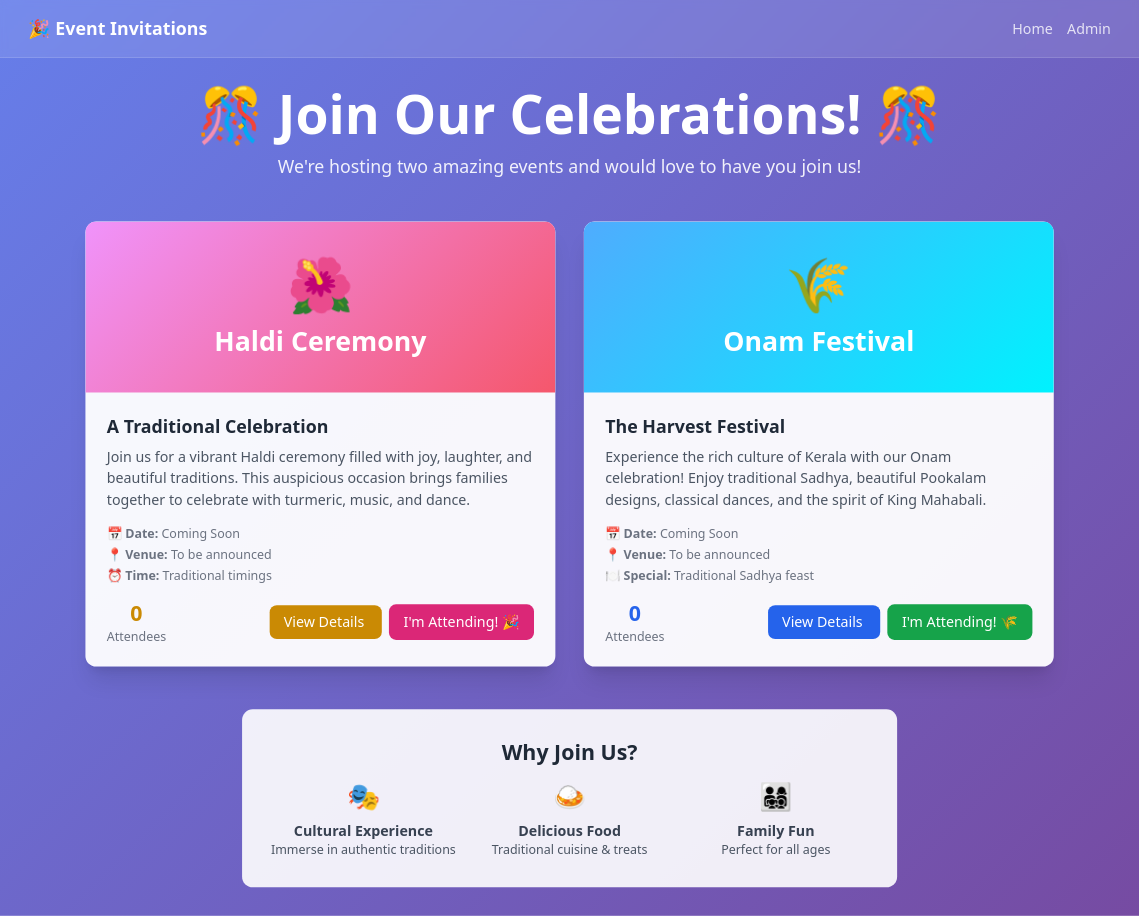
Repository: nanduldas/invitation
Page: http://localhost/
These files come from the project's save history. The page is drawn as it stood at one moment and after the next save; the edit follows.
The browser window is 1280 px wide. The pictures show the whole page, at 89% of full size.
Some web libraries are served in a nearby version. The page is served by the project's Laravel application, run on PHP 8.4 with Laravel 12. Other server files are loaded and not shown. Queries for data that is not in the repository find no rows.

Above is the page before, as saved 2025-08-22 23:27:22.

### routes/web.php
<?php

use Illuminate\Support\Facades\Route;
use App\Http\Controllers\EventController;

Route::get('/', [EventController::class, 'index'])->name('home');
Route::get('/event/{event}', [EventController::class, 'show'])->name('event.show');
Route::post('/register', [EventController::class, 'register'])->name('register');
Route::get('/admin/attendees', [EventController::class, 'admin'])->name('admin.attendees');

### app/Http/Controllers/EventController.php
<?php

namespace App\Http\Controllers;

use Illuminate\Http\Request;
use App\Models\Attendee;
use Illuminate\Support\Facades\Validator;

class EventController extends Controller
{
    public function index()
    {
        $haldiCount = Attendee::forEvent('haldi')->count();
        $onamCount = Attendee::forEvent('onam')->count();

        return view('events.index', compact('haldiCount', 'onamCount'));
    }

    public function show($event)
    {
        if (!in_array($event, ['haldi', 'onam'])) {
            abort(404);
        }

        $attendeesCount = Attendee::forEvent($event)->count();

        return view('events.show', compact('event', 'attendeesCount'));
    }

    public function register(Request $request)
    {
        $validator = Validator::make($request->all(), [
            'name' => 'required|string|max:255',
            'phone' => 'required|string|max:20',
            'event' => 'required|in:haldi,onam'
        ]);

        if ($validator->fails()) {
            return response()->json([
                'success' => false,
                'message' => 'Please fill all fields correctly.'
            ], 422);
        }

        // Check if attendee already exists based on phone number
        $existingAttendee = Attendee::where('phone', $request->phone)->first();

        if ($existingAttendee) {
            return response()->json([
                'success' => true,
                'message' => 'You are already on our list, thank you! 🎉',
                'attendee_count' => Attendee::forEvent($request->event)->count()
            ]);
        }

        // Create new attendee
        $attendee = Attendee::create([
            'name' => $request->name,
            'phone' => $request->phone,
            'event' => $request->event
        ]);

        $attendeeCount = Attendee::forEvent($request->event)->count();

        return response()->json([
            'success' => true,
            'message' => "Welcome to our celebration, {$request->name}! 🌟 We're excited to have you join us!",
            'attendee_count' => $attendeeCount
        ]);
    }

    public function admin()
    {
        $haldiAttendees = Attendee::forEvent('haldi')->get();
        $onamAttendees = Attendee::forEvent('onam')->get();

        return view('admin.attendees', compact('haldiAttendees', 'onamAttendees'));
    }
}

### app/Models/Attendee.php
<?php

namespace App\Models;

use Illuminate\Database\Eloquent\Model;

class Attendee extends Model
{
    protected $fillable = [
        'name',
        'phone',
        'event'
    ];

    protected $casts = [
        'event' => 'string'
    ];

    public function scopeForEvent($query, $event)
    {
        return $query->where('event', $event);
    }
}

### resources/views/events/index.blade.php
@extends('layouts.app')

@section('title', 'Welcome - Event Invitations')

@section('content')
<div class="max-w-6xl mx-auto px-4 sm:px-6 lg:px-8">
    <div class="text-center mb-12">
        <h1 class="text-4xl md:text-6xl font-bold text-white mb-4">
            🎊 Join Our Celebrations! 🎊
        </h1>
        <p class="text-xl text-white/90 mb-8">
            We're hosting two amazing events and would love to have you join us!
        </p>
    </div>

    <div class="grid md:grid-cols-2 gap-8 mb-12">
        <!-- Haldi Event Card -->
        <div class="bg-white/95 rounded-xl shadow-xl overflow-hidden card-hover">
            <div class="gradient-haldi h-48 flex items-center justify-center">
                <div class="text-center text-white">
                    <div class="text-6xl mb-4">🌺</div>
                    <h2 class="text-3xl font-bold">Haldi Ceremony</h2>
                </div>
            </div>
            <div class="p-6">
                <div class="mb-4">
                    <h3 class="text-xl font-semibold text-gray-800 mb-2">A Traditional Celebration</h3>
                    <p class="text-gray-600 mb-4">
                        Join us for a vibrant Haldi ceremony filled with joy, laughter, and beautiful traditions.
                        This auspicious occasion brings families together to celebrate with turmeric, music, and dance.
                    </p>
                    <div class="text-sm text-gray-500 space-y-1">
                        <p>📅 <strong>Date:</strong> Coming Soon</p>
                        <p>📍 <strong>Venue:</strong> To be announced</p>
                        <p>⏰ <strong>Time:</strong> Traditional timings</p>
                    </div>
                </div>
                <div class="flex items-center justify-between">
                    <div class="text-center">
                        <div class="text-2xl font-bold text-yellow-600 attendee-count" data-event="haldi">{{ $haldiCount }}</div>
                        <div class="text-sm text-gray-500">Attendees</div>
                    </div>
                    <div class="space-x-2">
                        <a href="{{ route('event.show', 'haldi') }}"
                           class="px-4 py-2 bg-yellow-600 text-white rounded-lg hover:bg-yellow-700 transition-colors">
                            View Details
                        </a>
                        <button onclick="openModal('haldi')"
                                class="px-4 py-2 bg-pink-600 text-white rounded-lg hover:bg-pink-700 transition-colors">
                            I'm Attending! 🎉
                        </button>
                    </div>
                </div>
            </div>
        </div>

        <!-- Onam Event Card -->
        <div class="bg-white/95 rounded-xl shadow-xl overflow-hidden card-hover">
            <div class="gradient-onam h-48 flex items-center justify-center">
                <div class="text-center text-white">
                    <div class="text-6xl mb-4">🌾</div>
                    <h2 class="text-3xl font-bold">Onam Festival</h2>
                </div>
            </div>
            <div class="p-6">
                <div class="mb-4">
                    <h3 class="text-xl font-semibold text-gray-800 mb-2">The Harvest Festival</h3>
                    <p class="text-gray-600 mb-4">
                        Experience the rich culture of Kerala with our Onam celebration! Enjoy traditional Sadhya,
                        beautiful Pookalam designs, classical dances, and the spirit of King Mahabali.
                    </p>
                    <div class="text-sm text-gray-500 space-y-1">
                        <p>📅 <strong>Date:</strong> Coming Soon</p>
                        <p>📍 <strong>Venue:</strong> To be announced</p>
                        <p>🍽️ <strong>Special:</strong> Traditional Sadhya feast</p>
                    </div>
                </div>
                <div class="flex items-center justify-between">
                    <div class="text-center">
                        <div class="text-2xl font-bold text-blue-600 attendee-count" data-event="onam">{{ $onamCount }}</div>
                        <div class="text-sm text-gray-500">Attendees</div>
                    </div>
                    <div class="space-x-2">
                        <a href="{{ route('event.show', 'onam') }}"
                           class="px-4 py-2 bg-blue-600 text-white rounded-lg hover:bg-blue-700 transition-colors">
                            View Details
                        </a>
                        <button onclick="openModal('onam')"
                                class="px-4 py-2 bg-green-600 text-white rounded-lg hover:bg-green-700 transition-colors">
                            I'm Attending! 🌾
                        </button>
                    </div>
                </div>
            </div>
        </div>
    </div>

    <div class="text-center">
        <div class="bg-white/90 rounded-xl p-8 inline-block">
            <h3 class="text-2xl font-bold text-gray-800 mb-4">Why Join Us?</h3>
            <div class="grid md:grid-cols-3 gap-6 text-center">
                <div>
                    <div class="text-3xl mb-2">🎭</div>
                    <h4 class="font-semibold text-gray-700">Cultural Experience</h4>
                    <p class="text-sm text-gray-600">Immerse in authentic traditions</p>
                </div>
                <div>
                    <div class="text-3xl mb-2">🍛</div>
                    <h4 class="font-semibold text-gray-700">Delicious Food</h4>
                    <p class="text-sm text-gray-600">Traditional cuisine & treats</p>
                </div>
                <div>
                    <div class="text-3xl mb-2">👨‍👩‍👧‍👦</div>
                    <h4 class="font-semibold text-gray-700">Family Fun</h4>
                    <p class="text-sm text-gray-600">Perfect for all ages</p>
                </div>
            </div>
        </div>
    </div>
</div>
@endsection

### resources/views/layouts/app.blade.php
<!DOCTYPE html>
<html lang="en">
<head>
    <meta charset="UTF-8">
    <meta name="viewport" content="width=device-width, initial-scale=1.0">
    <meta name="csrf-token" content="{{ csrf_token() }}">
    <title>@yield('title', 'Event Invitations')</title>
    <script src="https://cdn.tailwindcss.com"></script>
    <script src="https://code.jquery.com/jquery-3.6.0.min.js"></script>
    <style>
        .gradient-bg {
            background: linear-gradient(135deg, #667eea 0%, #764ba2 100%);
        }
        .gradient-haldi {
            background: linear-gradient(135deg, #f093fb 0%, #f5576c 100%);
        }
        .gradient-onam {
            background: linear-gradient(135deg, #4facfe 0%, #00f2fe 100%);
        }
        .card-hover {
            transition: transform 0.3s ease, box-shadow 0.3s ease;
        }
        .card-hover:hover {
            transform: translateY(-5px);
            box-shadow: 0 20px 25px -5px rgba(0, 0, 0, 0.1), 0 10px 10px -5px rgba(0, 0, 0, 0.04);
        }
        .modal {
            transition: opacity 0.25s ease;
        }
        .modal-backdrop {
            background-color: rgba(0, 0, 0, 0.5);
        }
    </style>
</head>
<body class="min-h-screen gradient-bg">
    <nav class="bg-white/10 backdrop-blur-sm border-b border-white/20">
        <div class="max-w-7xl mx-auto px-4 sm:px-6 lg:px-8">
            <div class="flex justify-between h-16">
                <div class="flex items-center">
                    <a href="{{ route('home') }}" class="text-white text-xl font-bold">
                        🎉 Event Invitations
                    </a>
                </div>
                <div class="flex items-center space-x-4">
                    <a href="{{ route('home') }}" class="text-white/80 hover:text-white transition-colors">
                        Home
                    </a>
                    <a href="{{ route('admin.attendees') }}" class="text-white/80 hover:text-white transition-colors">
                        Admin
                    </a>
                </div>
            </div>
        </div>
    </nav>

    <main class="py-8">
        @yield('content')
    </main>

    <!-- Registration Modal -->
    <div id="registrationModal" class="modal fixed inset-0 z-50 hidden">
        <div class="modal-backdrop fixed inset-0" onclick="closeModal()"></div>
        <div class="fixed inset-0 flex items-center justify-center p-4">
            <div class="bg-white rounded-lg shadow-xl max-w-md w-full mx-4 transform transition-all">
                <div class="p-6">
                    <div class="flex justify-between items-center mb-4">
                        <h3 class="text-lg font-semibold text-gray-900">Register for Event</h3>
                        <button onclick="closeModal()" class="text-gray-400 hover:text-gray-600">
                            <svg class="w-6 h-6" fill="none" stroke="currentColor" viewBox="0 0 24 24">
                                <path stroke-linecap="round" stroke-linejoin="round" stroke-width="2" d="M6 18L18 6M6 6l12 12"></path>
                            </svg>
                        </button>
                    </div>

                    <form id="registrationForm">
                        @csrf
                        <input type="hidden" id="eventType" name="event" value="">

                        <div class="mb-4">
                            <label for="name" class="block text-sm font-medium text-gray-700 mb-2">Full Name</label>
                            <input type="text" id="name" name="name" required
                                   class="w-full px-3 py-2 border border-gray-300 rounded-md focus:outline-none focus:ring-2 focus:ring-blue-500">
                        </div>

                        <div class="mb-6">
                            <label for="phone" class="block text-sm font-medium text-gray-700 mb-2">Phone Number</label>
                            <input type="tel" id="phone" name="phone" required
                                   class="w-full px-3 py-2 border border-gray-300 rounded-md focus:outline-none focus:ring-2 focus:ring-blue-500">
                        </div>

                        <div class="flex space-x-3">
                            <button type="button" onclick="closeModal()"
                                    class="flex-1 px-4 py-2 text-gray-600 border border-gray-300 rounded-md hover:bg-gray-50 transition-colors">
                                Cancel
                            </button>
                            <button type="submit"
                                    class="flex-1 px-4 py-2 bg-blue-600 text-white rounded-md hover:bg-blue-700 transition-colors">
                                Register
                            </button>
                        </div>
                    </form>
                </div>
            </div>
        </div>
    </div>

    <script>
        function openModal(event) {
            document.getElementById('eventType').value = event;
            document.getElementById('registrationModal').classList.remove('hidden');
            document.body.style.overflow = 'hidden';
        }

        function closeModal() {
            document.getElementById('registrationModal').classList.add('hidden');
            document.body.style.overflow = 'auto';
            document.getElementById('registrationForm').reset();
        }

        $(document).ready(function() {
            $('#registrationForm').on('submit', function(e) {
                e.preventDefault();

                $.ajax({
                    url: '{{ route("register") }}',
                    method: 'POST',
                    data: $(this).serialize(),
                    success: function(response) {
                        alert(response.message);
                        if (response.attendee_count) {
                            // Update the count on the page
                            const event = $('#eventType').val();
                            $('.attendee-count[data-event="' + event + '"]').text(response.attendee_count);
                        }
                        closeModal();
                    },
                    error: function(xhr) {
                        const response = JSON.parse(xhr.responseText);
                        alert(response.message || 'An error occurred. Please try again.');
                    }
                });
            });
        });

        // ESC key to close modal
        document.addEventListener('keydown', function(e) {
            if (e.key === 'Escape') {
                closeModal();
            }
        });
    </script>

    @yield('scripts')
</body>
</html>

Loaded but not shown: app/Http/Controllers/Controller.php (common file)

After the next save:
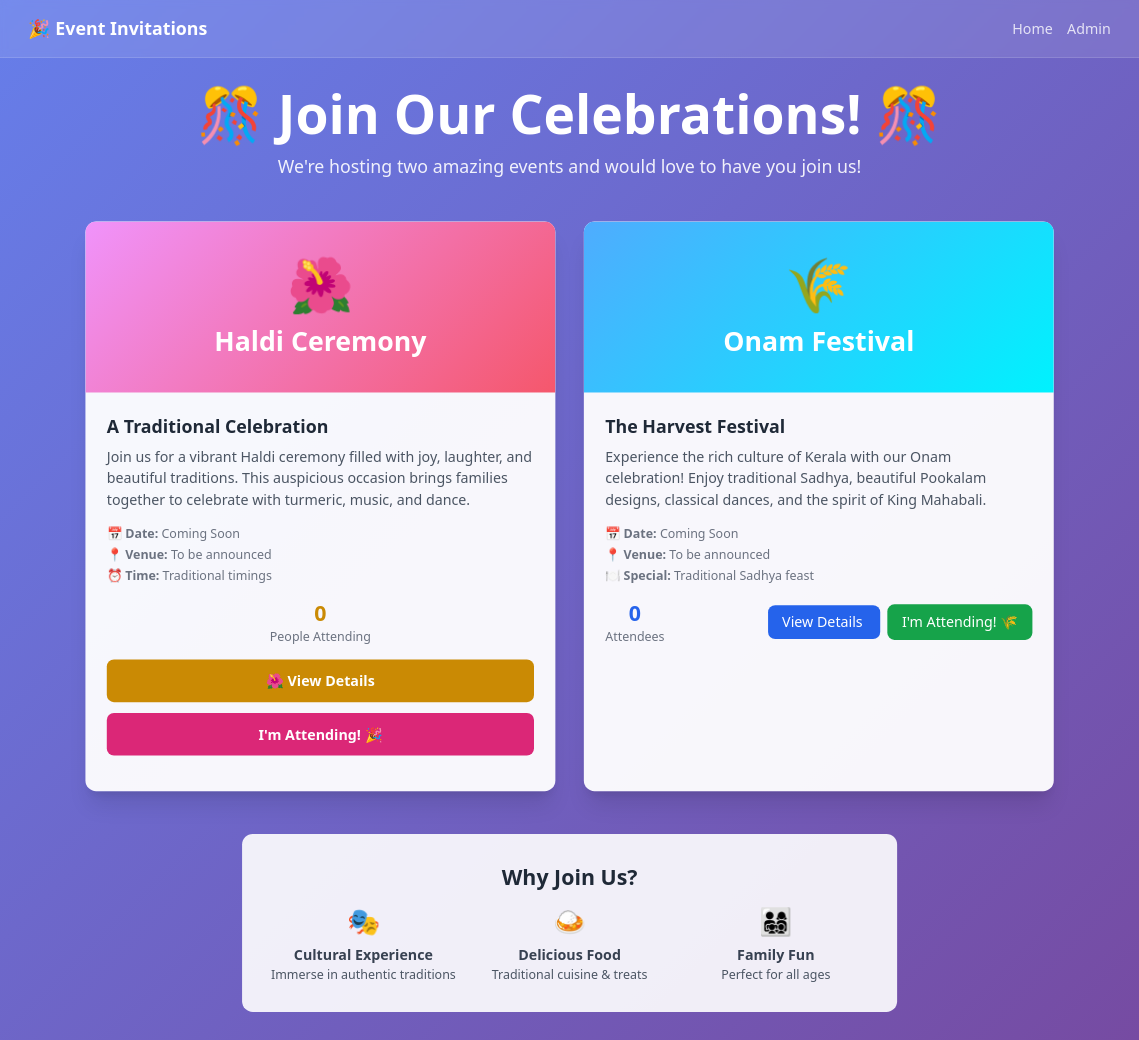
Saved 8 min 21 s later.
--- a/resources/views/events/index.blade.php
+++ b/resources/views/events/index.blade.php
@@ -35,18 +35,18 @@
                         <p>⏰ <strong>Time:</strong> Traditional timings</p>
                     </div>
                 </div>
-                <div class="flex items-center justify-between">
-                    <div class="text-center">
+                <div class="mb-4">
+                    <div class="text-center mb-4">
                         <div class="text-2xl font-bold text-yellow-600 attendee-count" data-event="haldi">{{ $haldiCount }}</div>
-                        <div class="text-sm text-gray-500">Attendees</div>
+                        <div class="text-sm text-gray-500">People Attending</div>
                     </div>
-                    <div class="space-x-2">
+                    <div class="space-y-3">
                         <a href="{{ route('event.show', 'haldi') }}"
-                           class="px-4 py-2 bg-yellow-600 text-white rounded-lg hover:bg-yellow-700 transition-colors">
-                            View Details
+                           class="block w-full px-4 py-3 bg-yellow-600 text-white text-center rounded-lg hover:bg-yellow-700 transition-colors font-semibold">
+                            🌺 View Details
                         </a>
                         <button onclick="openModal('haldi')"
-                                class="px-4 py-2 bg-pink-600 text-white rounded-lg hover:bg-pink-700 transition-colors">
+                                class="w-full px-4 py-3 bg-pink-600 text-white rounded-lg hover:bg-pink-700 transition-colors font-semibold">
                             I'm Attending! 🎉
                         </button>
                     </div>
